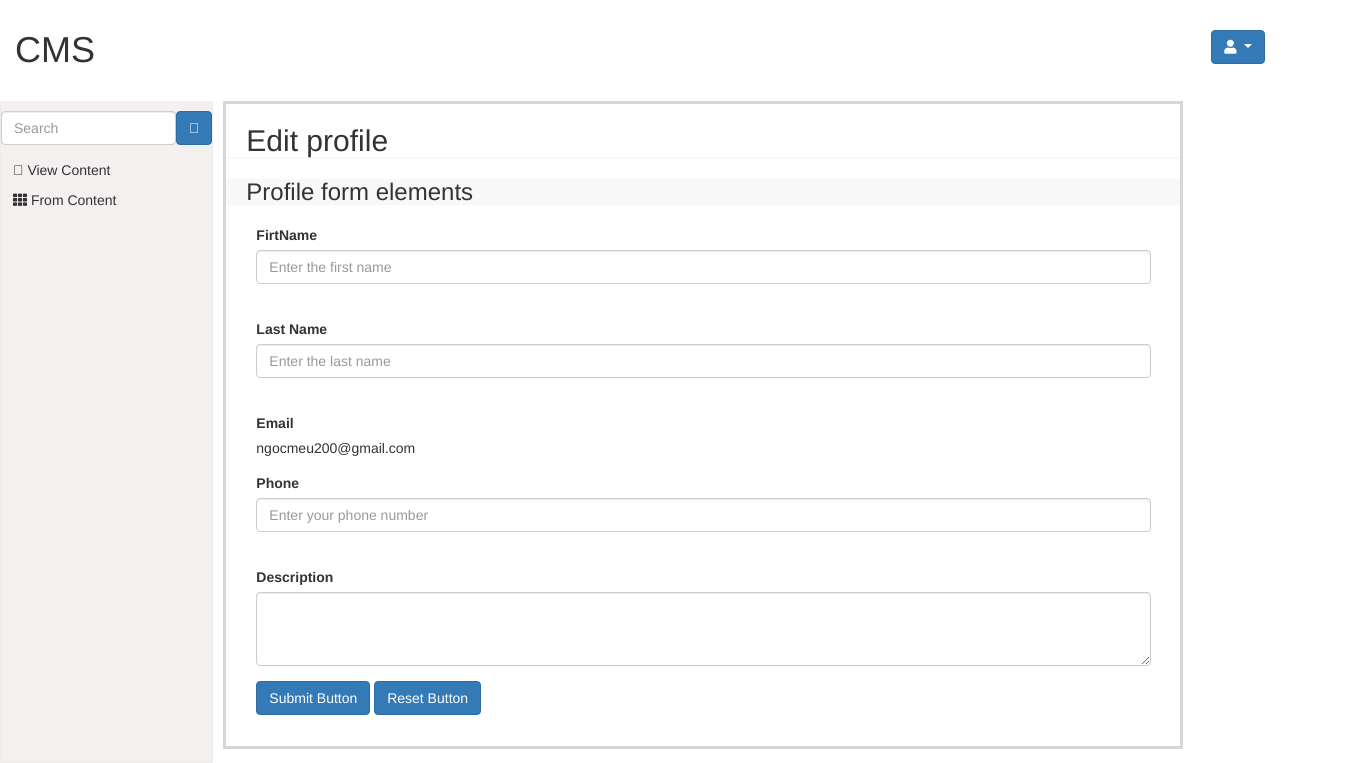
Repository: NgocNB20/travel
Page: NgocNb20_assigment8_9/view.html
These files come from the project's save history. The page is drawn as it stood at one moment and after the next save; the edit follows.
The browser window is 1280 px wide. The page is 1366 px wide, then 1280 px, so the pictures cover 1366 px, including what lies to the right of the window. The pictures show the whole page.
Some web libraries are served in a nearby version.

Above is the page before, as saved 2021-10-12 17:45:54.

After the next save:
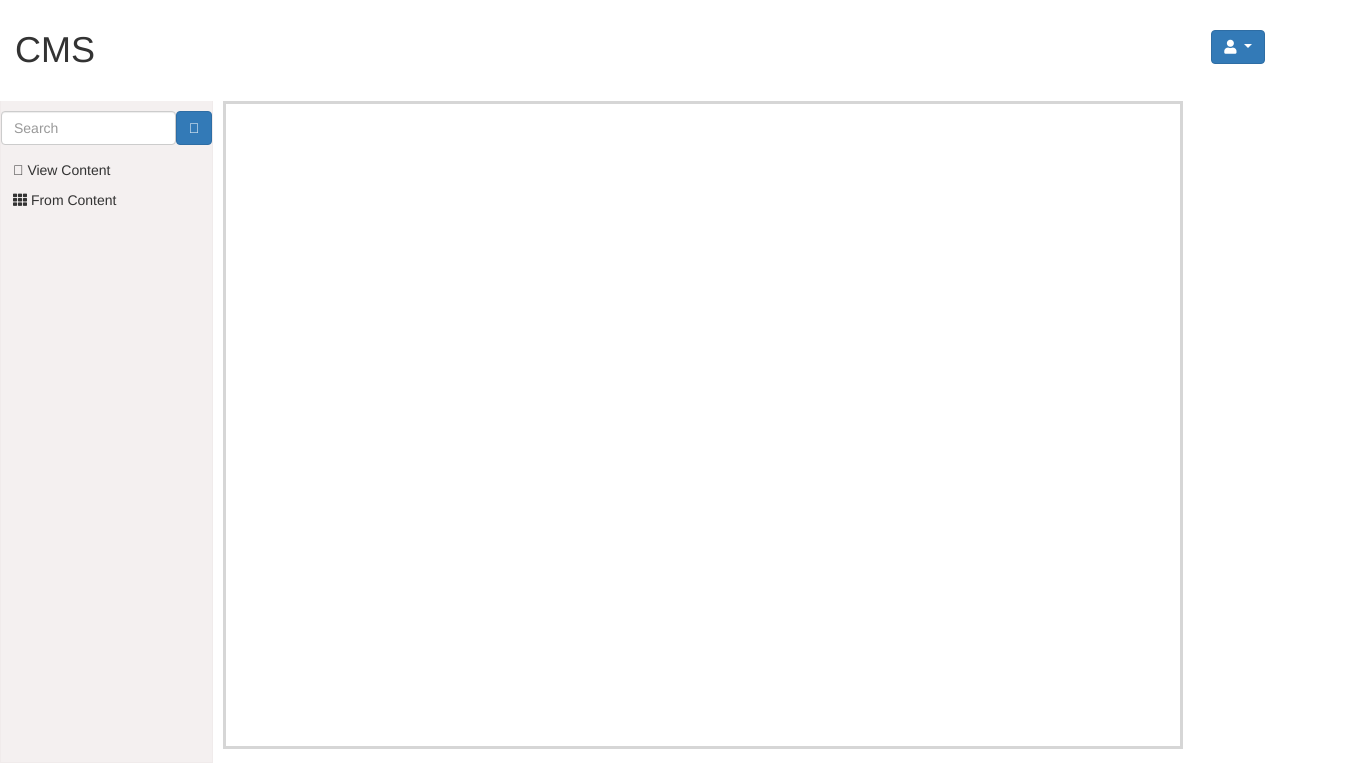
Saved 61 s later.
--- a/NgocNb20_assigment8_9/view.html
+++ b/NgocNb20_assigment8_9/view.html
@@ -62,48 +62,7 @@
                     </ul>
                 </div>
                 <div class="col-9 sidebar-right" id="show-view">
-                    <h2 class="title-add">Edit profile</h2>
-                    <h3 class="title-form">Profile form elements</h3>
-                    <div class="container ">
-                      <div class="row form">
-                        <div class="col-10">
-                          <form id="form_input">
-                            <div class="form-group ">
-                              <label for="firtname" class="form-desc">FirtName</label>
-                              <input type="text" class="form-control" id="firtname" name="firtname"
-                                placeholder="Enter the first name">
-                                <span class="form-message"></span>
-                            </div>
-                            <div class="form-group ">
-                              <label for="lastname" class="form-desc">Last Name</label>
-                              <input type="text" class="form-control " id="lastname" name="lastname"
-                                placeholder="Enter the last name">
-                                <span class="form-message"></span>
-                            </div>
-                            <div class="form-group ">
-                              <label for="exampleFormControlInput1" class="form-desc">Email</label>
-                               <br><span class="form-email" >ngocmeu200@gmail.com</span>
-                            </div>
-                            <div class="form-group ">
-                              <label for="phone" class="form-desc">Phone</label>
-                              <input type="text" class="form-control " id="phone" name="phone"
-                                placeholder="Enter your phone number">
-                                <span class="form-message"></span>
-                            </div>
-                            <div class="form-group">
-                              <label for="desc" class="form-desc">Description</label>
-                              <textarea class="form-control" id="desc" rows="3 name="desc"></textarea>
-                            </div>
-                            <div class="form-group">
-                              <input class="btn btn-primary btn-add"  type="submit" value="Submit Button">
-                              <input class="btn btn-primary" id="btn_reset" type="button" value="Reset Button">
-                            </div>
-                          </form>
-                        </div>
 
-                      </div>
-
-                    </div>
                 </div>
             </div>
         </div>
